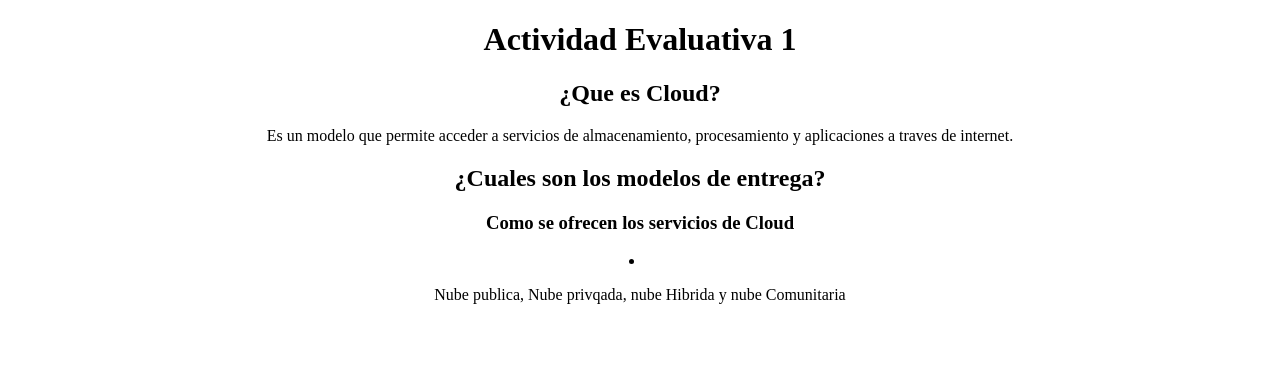
Repository: Laura-Oliveros/Actividad-Evaluativa-1
Page: LauSebas.html
These files come from the project's save history. The page is drawn as it stood at one moment and after the next save; the edit follows.
The browser window is 1280 px wide. The pictures show the whole page.

Above is the page before, as saved 2025-09-04 18:52:46.

After the next save:
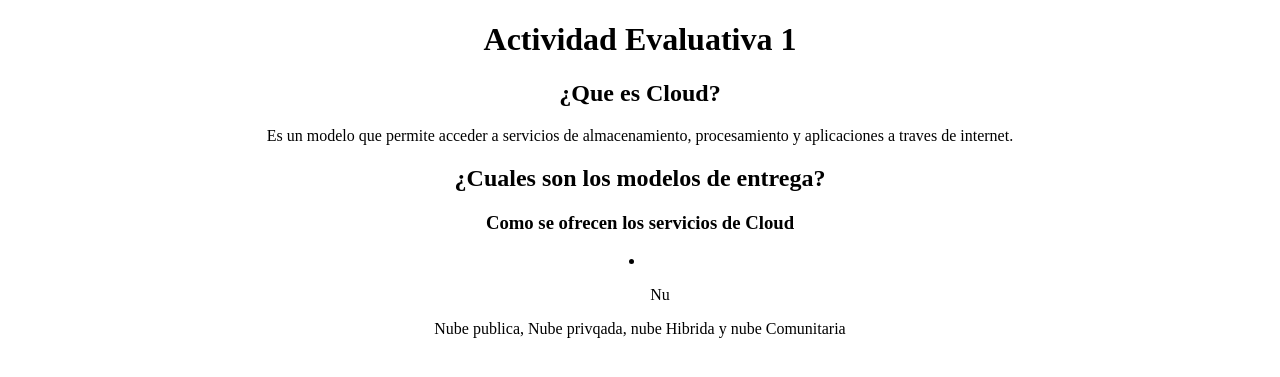
Saved 5 s later.
--- a/LauSebas.html
+++ b/LauSebas.html
@@ -16,7 +16,7 @@
         <h2>¿Cuales son los modelos de entrega?</h2>
         <h3>Como se ofrecen los servicios de Cloud </h3>
         <li>
-            <ul></ul>
+            <ul>Nu</ul>
         </li>
         <p>Nube publica, Nube privqada, nube Hibrida y nube Comunitaria</p>
 
